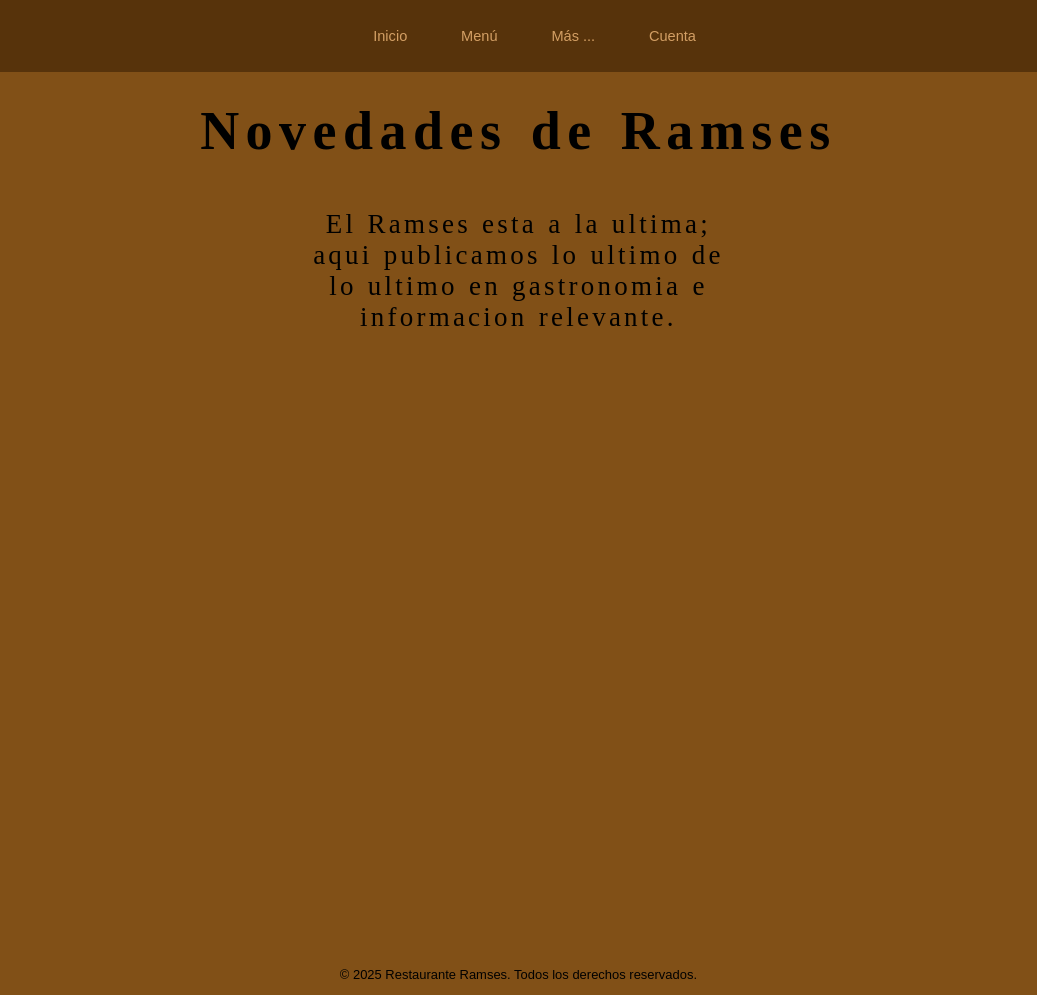
Repository: demoniers/demonIers.github.io
Page: web-lenguajes/src/noticias.html
These files come from the project's save history. The page is drawn as it stood at one moment and after the next save; the edit follows.
The browser window is 1280 px wide. The pictures show the whole page, at 81% of full size.
Some web fonts or font styles are not loaded; a fallback is used.

Above is the page before, as saved 2025-01-22 12:15:51.

### web-lenguajes/src/noticias.html
<!DOCTYPE html>
<html lang="es">
<head>
    <meta charset="UTF-8">
    <meta name="viewport" content="width=device-width, initial-scale=1.0">
    <link rel="stylesheet" href="../style/noticias.css">
    <title>Restaurante Ejemplo</title>
    <style>
    </style>
</head>
<body>
    <div class="header">
        <nav>
            <ul>
                <li><a href="../index.html">Inicio</a></li>
                <li><a>Menú</a></li>
                <li><a>Más ...</a>
                    <ul class="subitemul">
                        <li class="subitem"><a href="#">Novedades</a></li>
                    </ul>
                </li>
                <li>
                    <a href>Cuenta</a>
                    <ul class="subitemul">
                        <li class="subitem"><a href="./login.html">Iniciar sesion</a></li>
                        <li class="subitem"><a href="./singin.html">Registrarse</a></li>
                    </ul>
                </li>
            </ul>
        </nav>
    </div>
    <div class="container">
        <h1 class="titulo-centrado">Novedades de Ramses</h1>
        <p class="subtitulo">El Ramses esta a la ultima; aqui publicamos lo ultimo de lo ultimo en gastronomia e informacion relevante.</p>
        <div class="cont-noticias">
            <div class="noticia1"></div>
            <div class="noticia2"></div>
            <div class="noticia3"></div>
            <div class="noticia1"></div>
            <div class="noticia2"></div>
            <div class="noticia3"></div>
        </div>
    </div>
    <div class="footer">
        <p>&copy; 2025 Restaurante Ramses. Todos los derechos reservados.</p>
    </div>
</body>
</html>

### web-lenguajes/style/noticias.css
body {
    margin: 0;
    font-family: Arial, sans-serif;
    display: flex;
    flex-direction: column;
    align-items: center;
    background-color: #815017;
}

@font-face {
    font-family: "Overcooked";
    src: url("https://db.onlinewebfonts.com/t/4d9ee5a678d899047a987f0408b4b052.eot");
    src: url("https://db.onlinewebfonts.com/t/4d9ee5a678d899047a987f0408b4b052.eot?#iefix")format("embedded-opentype"),
    url("https://db.onlinewebfonts.com/t/4d9ee5a678d899047a987f0408b4b052.woff2")format("woff2"),
    url("https://db.onlinewebfonts.com/t/4d9ee5a678d899047a987f0408b4b052.woff")format("woff"),
    url("https://db.onlinewebfonts.com/t/4d9ee5a678d899047a987f0408b4b052.ttf")format("truetype"),
    url("https://db.onlinewebfonts.com/t/4d9ee5a678d899047a987f0408b4b052.svg#Overcooked")format("svg");
}
.titulo-centrado {
    font-family: "Overcooked";
    text-align: center;
    word-spacing: 4px;
    letter-spacing: 8px;
    font-size: 50pt;
}
.subtitulo {
    font-family: "Overcooked";
    text-align: center;
    word-spacing: 1.5px;
    letter-spacing: 4px;
    font-size: 25pt;
    width: 45%;
}

/* menu superior */
.header {
    position: fixed;
    top: 0;
    width: 100%;
    background-color: #57330b;
    color: #d39f64;
    text-align: center;
    padding: 10px 0;
    z-index: 1000;
}

.header nav a {
    margin: 0 15px;
    text-decoration: none;
    font-size: 18px;
}

.header nav ul li {
    display: inline-block;
    position: relative;
}

nav ul li a {
    display: block;
    padding: 8px 16px;
    text-decoration: none;
    color: #d39f64;
}

nav ul li ul {
    display: none;
    position: absolute;
    top: 100%;
    left: 0;
    box-shadow: 0px 4px 8px rgba(0, 0, 0, 0.3);
}

nav ul li:hover ul {
    display: block;
}
.subitemul {
    text-align: center;
    background-color:#6b43159c;
}
.subitemul:hover {
    background-color: #d39f646c;
    color: #6b4315;
}

/*###############################################################################*/

.container {
    margin: 5%;
    padding: 2%;
    width: 90%;
    height: 1000px;
}
.titulo-centrado {
    padding: 3%;
    margin: auto;
}
.subtitulo {
    margin: auto;
    padding-top: 2%;
}
.cont-noticias {
    display: grid;
    grid-template-columns: 1fr 1fr 1fr;
}
.noticia1 {
    width: 85%;
}
.noticia2 {
    width: 85%;
}
.noticia3 {
    width: 85%;
}

After the next save:
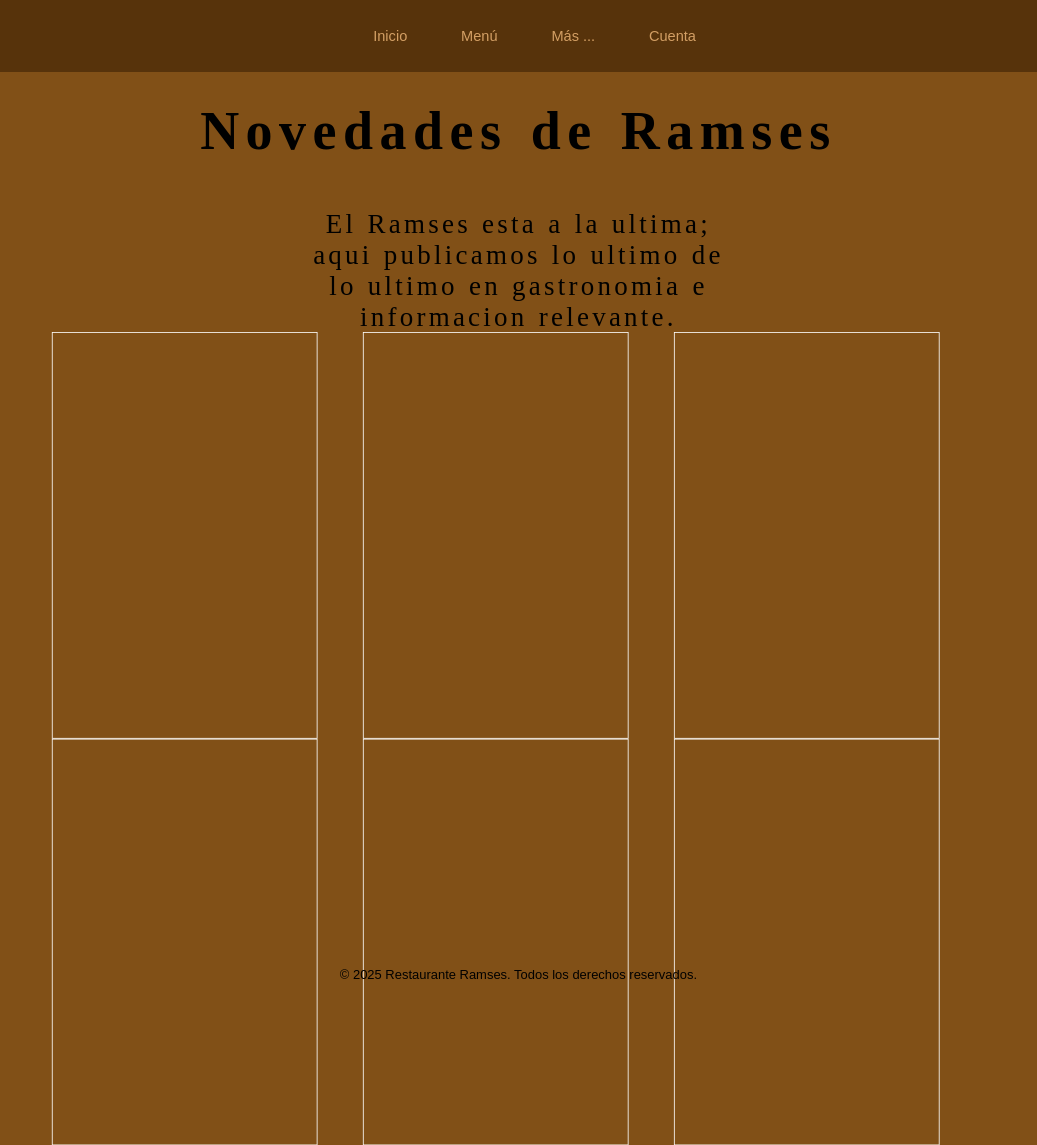
Saved 91 s later.
--- a/web-lenguajes/style/noticias.css
+++ b/web-lenguajes/style/noticias.css
@@ -104,10 +104,19 @@ nav ul li:hover ul {
 }
 .noticia1 {
     width: 85%;
+    grid-column: 1;
+    height: 500px;
+    border: solid white 1px
 }
 .noticia2 {
     width: 85%;
+    grid-column: 2;
+    height: 500px;
+    border: solid white 1px
 }
 .noticia3 {
     width: 85%;
+    grid-column: 3;
+    height: 500px;
+    border: solid white 1px
 }
